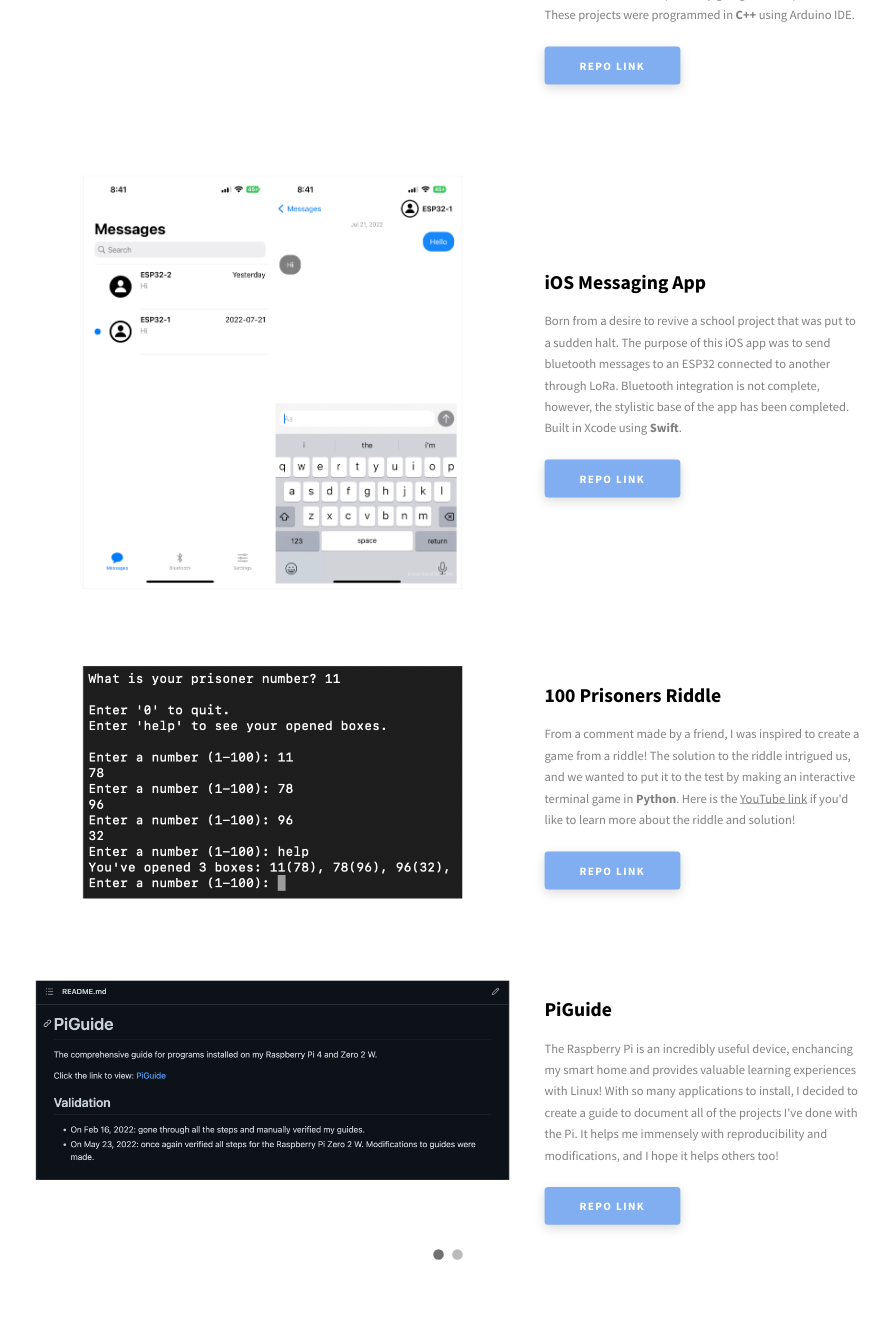
Repository: justinknguyen/Personal-Portfolio
Page: index.html
An editor plug-in stored every save of this project. The page is shown before and after the next save, followed by the edit.
The browser window is 1280 px wide. The pictures show the part of the page from y = 2552 to 4472 px (the page is 6147 px tall before and 6073 px after), at 70% of full size.
The style sheet was rebuilt from its Sass, Less or Tailwind sources for each picture, by a compiler version that may differ from the author's.

Above is the page before, as saved 2022-09-09 21:21:22.

After the next save:
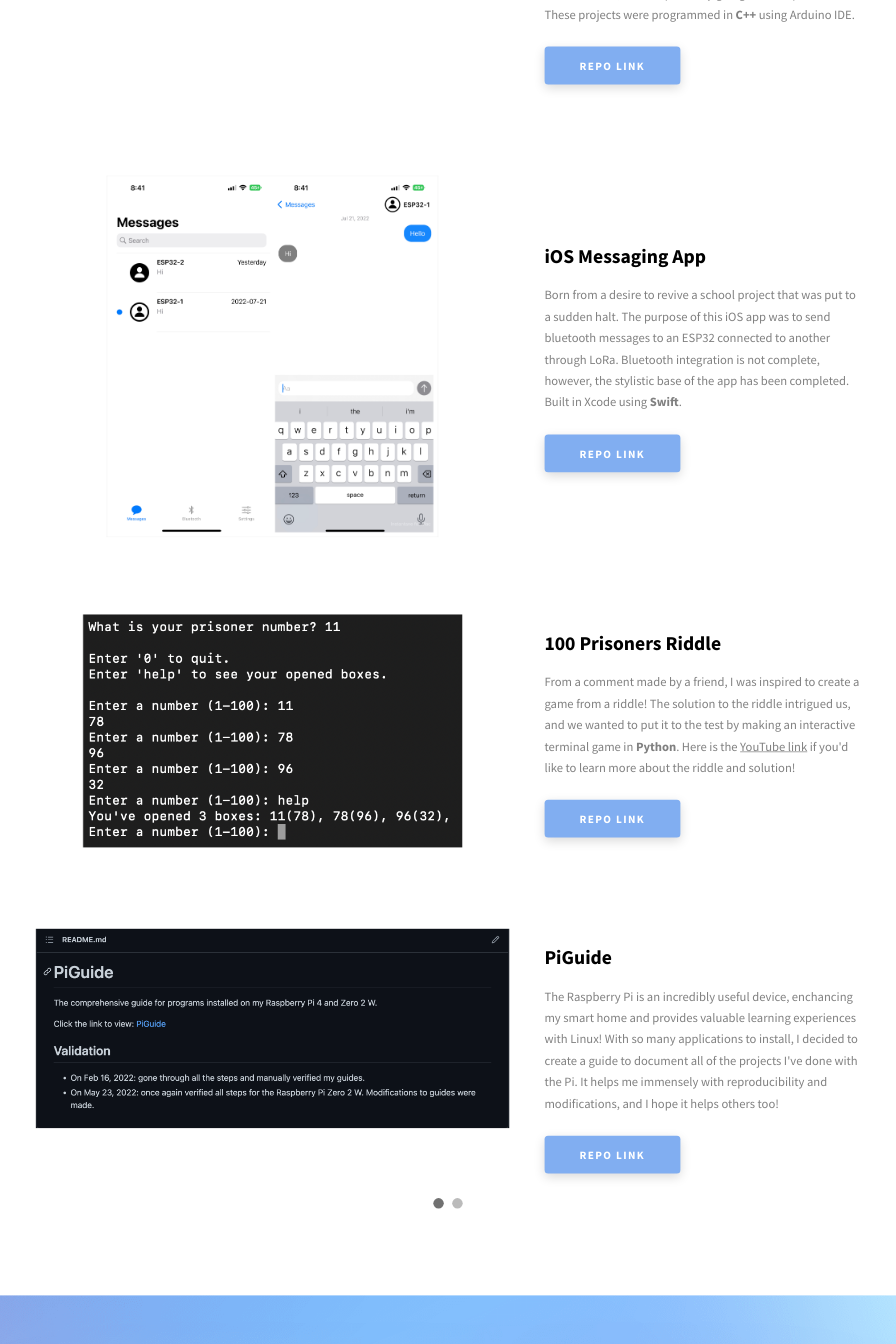
Saved 118 s later.
--- a/index.html
+++ b/index.html
@@ -264,7 +264,7 @@
                     alt="Software Screenshot"
                     class="projects__row-img"
                     loading="lazy"
-                    style="width: 80%; position: relative; left: 50%; transform: translateX(-50%);"
+                    style="width: 70%; position: relative; left: 50%; transform: translateX(-50%);"
                   />
                 </div>
                 <div class="projects__row-content">
